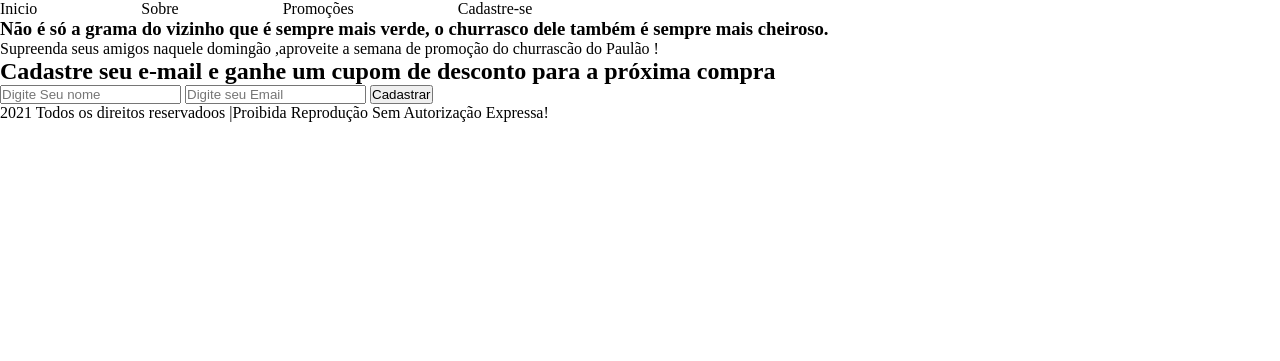
Repository: PauloMarquess/ProjetoBlackFriday
Page: index.html
The author's editor kept a copy of each file at every save. The page is drawn from the files as they stood at one save, then again after the next save.
The browser window is 1280 px wide. The pictures show the whole page.

Above is the page before, as saved 2021-07-15 13:47:12.

After the next save:
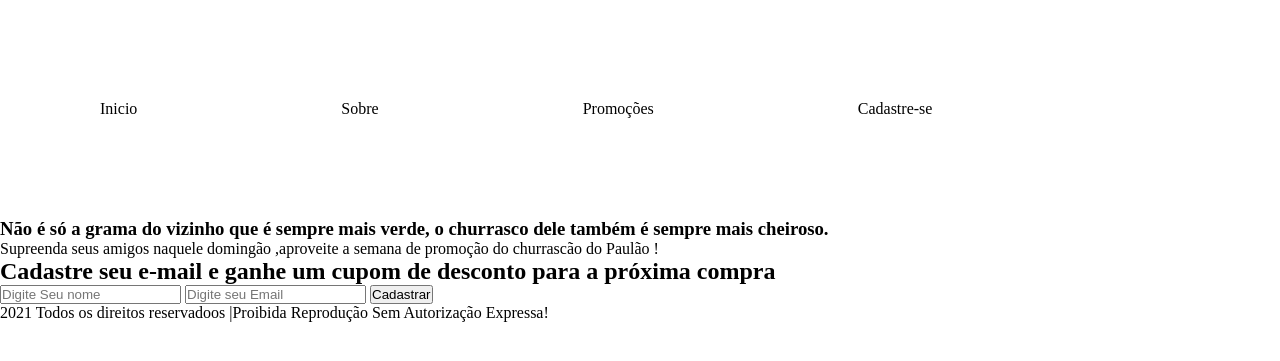
Saved 8 s later.
--- a/css/style.css
+++ b/css/style.css
@@ -5,5 +5,5 @@
 }
 .menu ul li{
     display:inline-block;
-    padding-right: 100px;
+    padding: 100px;
 }
